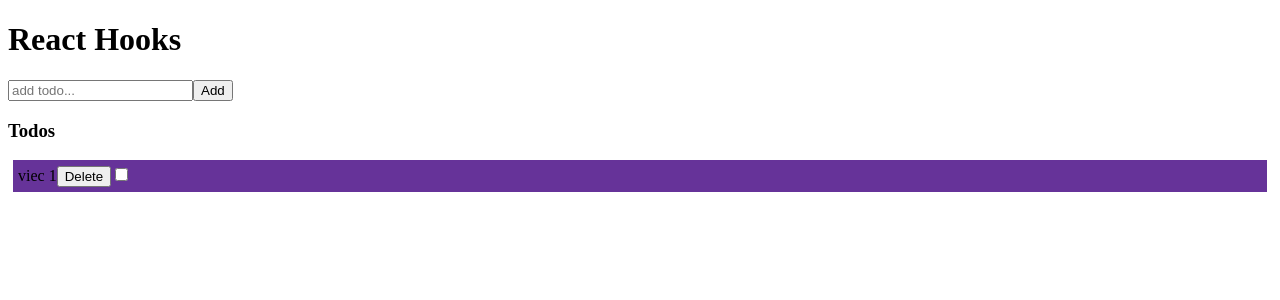
Repository: huynhnt1406/react-redux-tutorial
Page: / (app in react-hooks/)
These files come from the project's save history. The page is drawn as it stood at one moment and after the next save; the edit follows.
The browser window is 1280 px wide. The pictures show the whole page.
The project was rebuilt for these pictures with package versions that can differ from the ones it lists, and the page was loaded fresh each time.

Above is the page before, as saved 2021-06-18 22:36:49.

### react-hooks/src/App.js
import TodoForm from "./component/TodoForm";
import Todos from "./component/Todos";
import TodosContextProvider from "./context/todosContext";

function App() {
  return (
    <TodosContextProvider>
      <div className="App">
        <h1>React Hooks</h1>
        <TodoForm/>
        <Todos/>
      </div>
    </TodosContextProvider>
  );
}

export default App;

### react-hooks/src/component/TodoForm.jsx
import React, { useContext, useState } from 'react'
import { TodosContext } from '../context/todosContext'
import {v4 as uuidv4} from 'uuid'
import { ADD_TODO } from '../reducer/types'
function TodoForm() {
    const {dispatch} = useContext(TodosContext)

    const [title,setTitle] = useState('')

    const handleChange = (e) => {
        setTitle(e.target.value)
    }
    const handleSubmit = (e) => {
        e.preventDefault()
        if(title !==''){
            dispatch({
                type:ADD_TODO,
                payload:{
                   todo:{
                       id:uuidv4(),
                       title,
                       completed:false
                   }
                }
            })
            setTitle('')
        }
    }

    return (
        <form onSubmit={handleSubmit}>
            <input type="text" value={title} placeholder="add todo..." onChange={handleChange}/>
            <button type="submit">Add</button>
        </form>
    )
}

export default TodoForm

### react-hooks/src/component/Todos.jsx
import React, { useContext } from 'react'
import { TodosContext } from '../context/todosContext'
import TodoItem from './TodoItem'

function Todos() {
    const tododata = useContext(TodosContext)
    const {todos} = tododata
    return (
        <div>
           <h3>Todos</h3>
           {
                todos.map(todo => (
                    <TodoItem key={todo.id} id={todo.id} title={todo.title} completed={todo.completed}/>
                ))
           }
        </div>
    )
}

export default Todos

### react-hooks/src/context/todosContext.js
import { createContext,useReducer,useEffect} from "react";
import { todosReducer } from "../reducer/todosReducer";
import { GET_TODOS } from "../reducer/types";



export const TodosContext = createContext()


const TodosContextProvider = ({children}) => {

    const [todos, dispatch] = useReducer(todosReducer,[
        {
            id:1,
            title:'viec 1',
            completed:false
        }
    ])


    useEffect(() => {
        dispatch({
            type:GET_TODOS,
            payload:null
        })
    }, [])

    /*const [todos, setTodos] = useState([])
    const addTodo = (todo) => {
        setTodos([...todos,todo])
    }
    const archiveTodo = (id) => {
        setTodos(todos.filter(todo => todo.id !==id))
    }
    const markCompleted = (id) => {
        setTodos(todos.filter(todo => {
            if(todo.id === id) todo.completed = !todo.completed
            return todo
        }))
    }*/
    const todosContextData = {
        todos,
        dispatch
    }
    return(
        <TodosContext.Provider value={todosContextData}>
            {children}
        </TodosContext.Provider>
    )
}

export default TodosContextProvider

### react-hooks/src/reducer/types.js
export const GET_TODOS = "GET_TODOS"
export const ADD_TODO = "ADD_TODO"
export const ARCHIVE_TODO = "ARCHIVE_TODO"
export const SAVE_TODOS = "SAVE_TODOS"
export const MARK_COMPLETED = "MARK_COMPLETED"

### react-hooks/src/component/TodoItem.jsx
import React, { useContext } from 'react'
import { TodosContext } from '../context/todosContext'
import { ARCHIVE_TODO, MARK_COMPLETED } from '../reducer/types'
import './TodoItem.css'
function TodoItem({id, title, completed}) {

    const {dispatch} = useContext(TodosContext)
    return (
        <div>
            <p className={completed ? 'completed' : ''}>{title}<button onClick={() =>
                dispatch({
                    type:ARCHIVE_TODO,
                    payload:{
                        id
                    }
                })
        }>Delete</button>
        <input type="checkbox" onClick={ () => {
            dispatch({
                type:MARK_COMPLETED,
                payload:{
                    id
                }
            })
        }
        } />
        </p>
        </div>
    )
}

export default TodoItem

### react-hooks/src/reducer/todosReducer.js
import { ADD_TODO, ARCHIVE_TODO, GET_TODOS, MARK_COMPLETED} from "./types";


export const todosReducer = (state, action) => {

    const {type, payload} = action
    switch(type){
        case GET_TODOS:
            const todos = localStorage.getItem('todos')
            if(todos) state = JSON.parse(todos)
            return state
        case ADD_TODO:
            return [...state, payload.todo]
        case ARCHIVE_TODO:
            return state.filter(todo => todo.id !== payload.id)
        case MARK_COMPLETED:
            return state.filter(todo => {
                if(todo.id === payload.id) todo.completed = !todo.completed
                return state
            })
        default:
            return state
    }

}

### react-hooks/src/component/TodoItem.css
.completed{
    margin:5px;
    padding:5px;
    background-color:green;
}
p{
    margin:5px;
    padding:5px;
    background-color: rebeccapurple;
}

Loaded but not shown: react-hooks/public/index.html (common file); react-hooks/src/index.js (common file); react-hooks/src/reportWebVitals.js (common file)

After the next save:
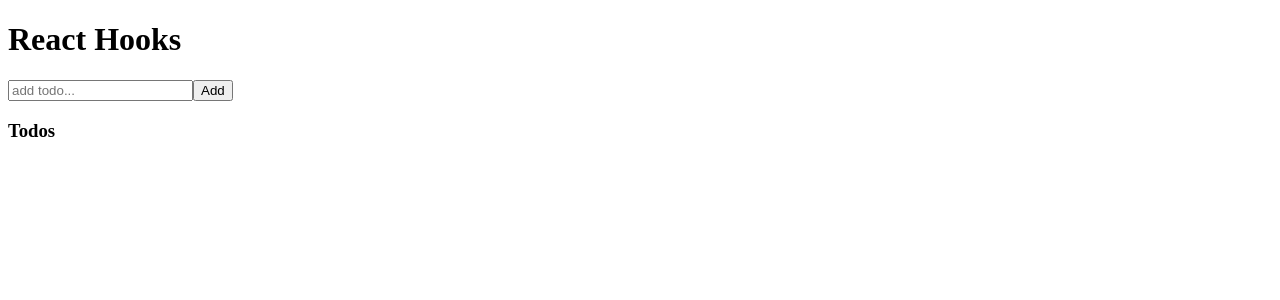
Saved 113 s later.
--- a/react-hooks/src/context/todosContext.js
+++ b/react-hooks/src/context/todosContext.js
@@ -9,13 +9,7 @@ export const TodosContext = createContext()
 
 const TodosContextProvider = ({children}) => {
 
-    const [todos, dispatch] = useReducer(todosReducer,[
-        {
-            id:1,
-            title:'viec 1',
-            completed:false
-        }
-    ])
+    const [todos, dispatch] = useReducer(todosReducer,[])
 
 
     useEffect(() => {
